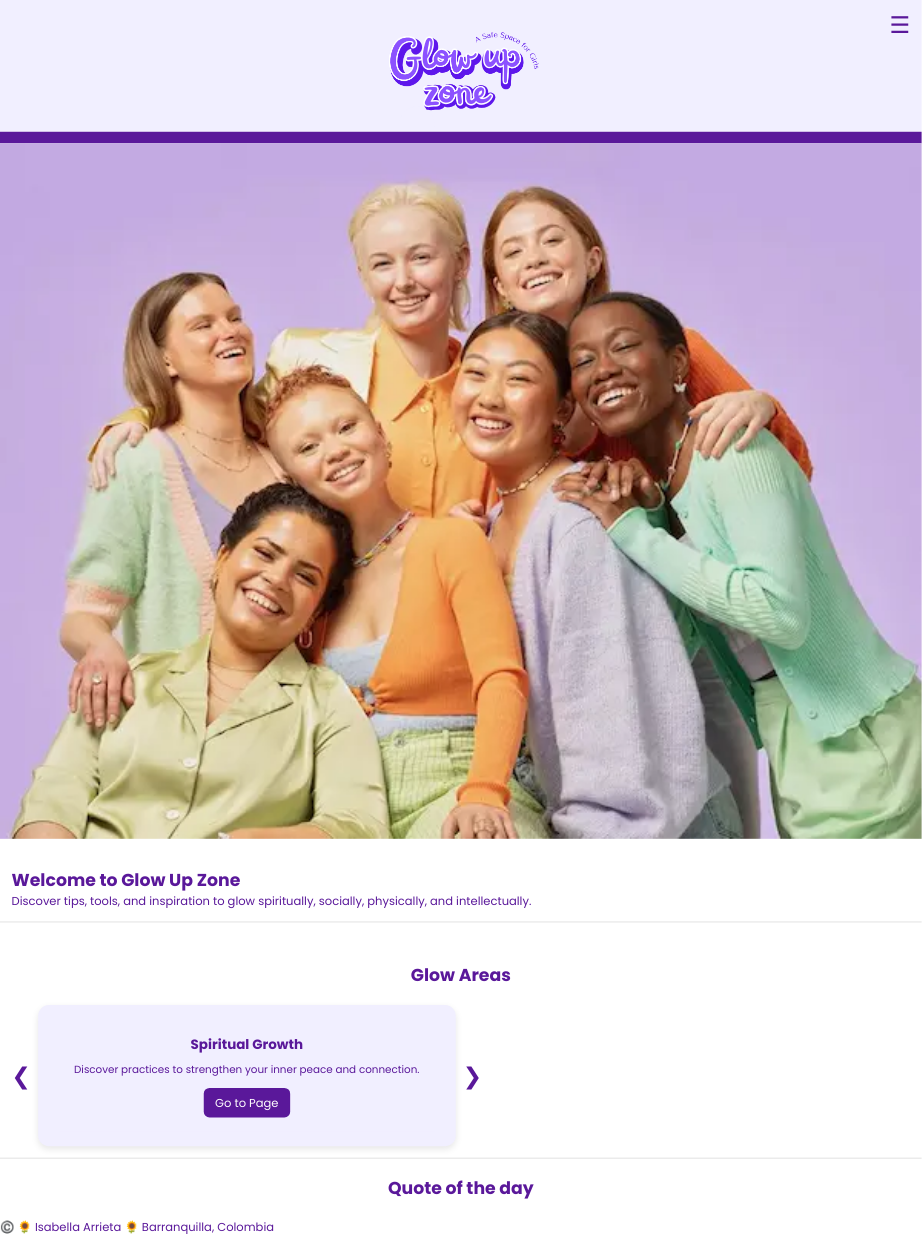
Repository: isaAJ05/wdd131
Page: final-project/final-project.html
An editor plug-in stored every save of this project. The page is shown before and after a run of saves, followed by the edit.
The browser window is 1280 px wide. The pictures show the whole page, at 72% of full size.

Above is the page before, as saved 2025-08-09 01:20:26.

After the next 2 saves:
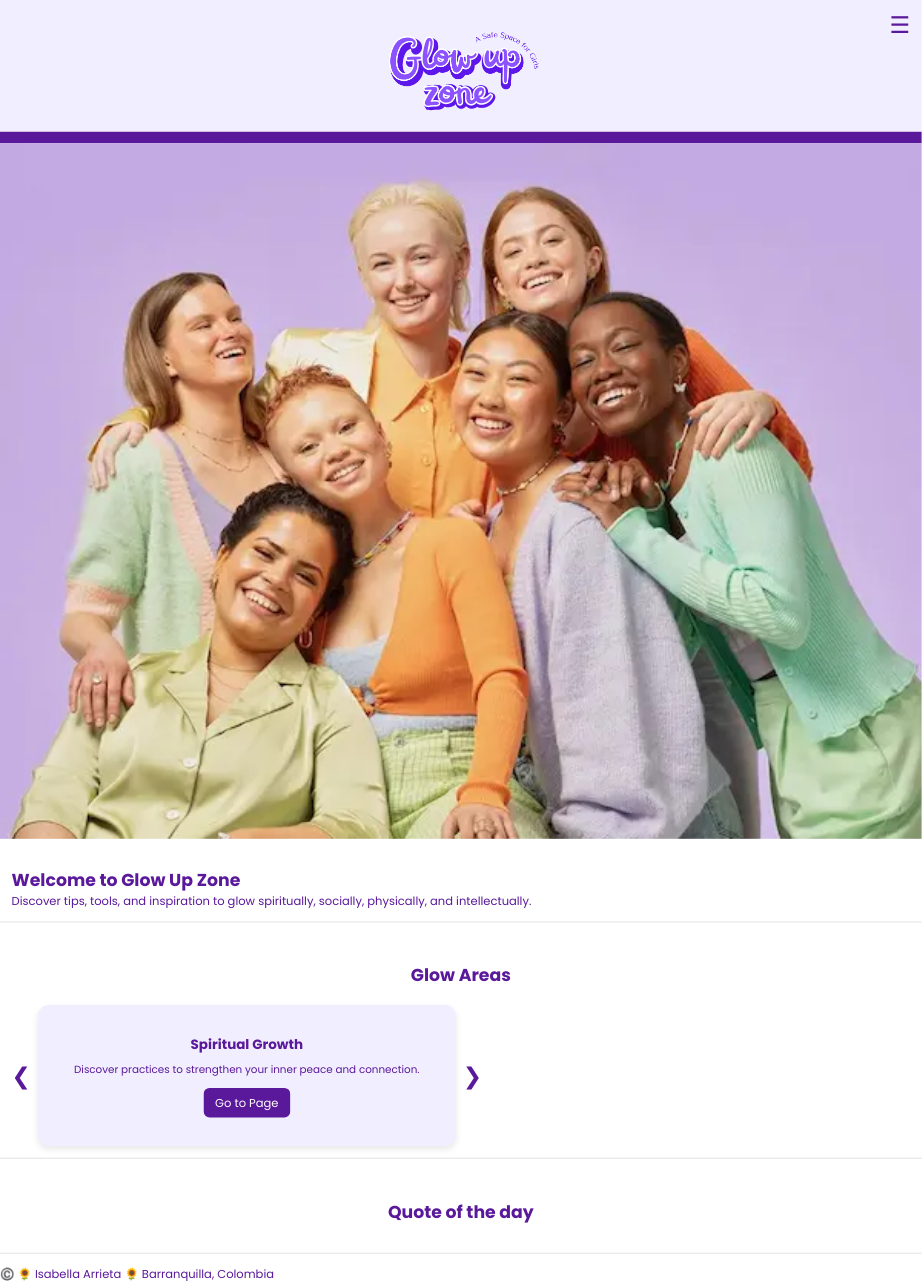
The 2 saves are shown as one change because they came seconds apart.
The last was saved 7 s later.
--- a/final-project/styles/final-project.css
+++ b/final-project/styles/final-project.css
@@ -150,7 +150,8 @@ h2{
     cursor: pointer;
     color: var(--primary-color);
 }
-.one{
+.two{
     border-bottom: #D6D6D6 1px solid;
     padding: 1rem;
     margin: 1rem 0;
+}
